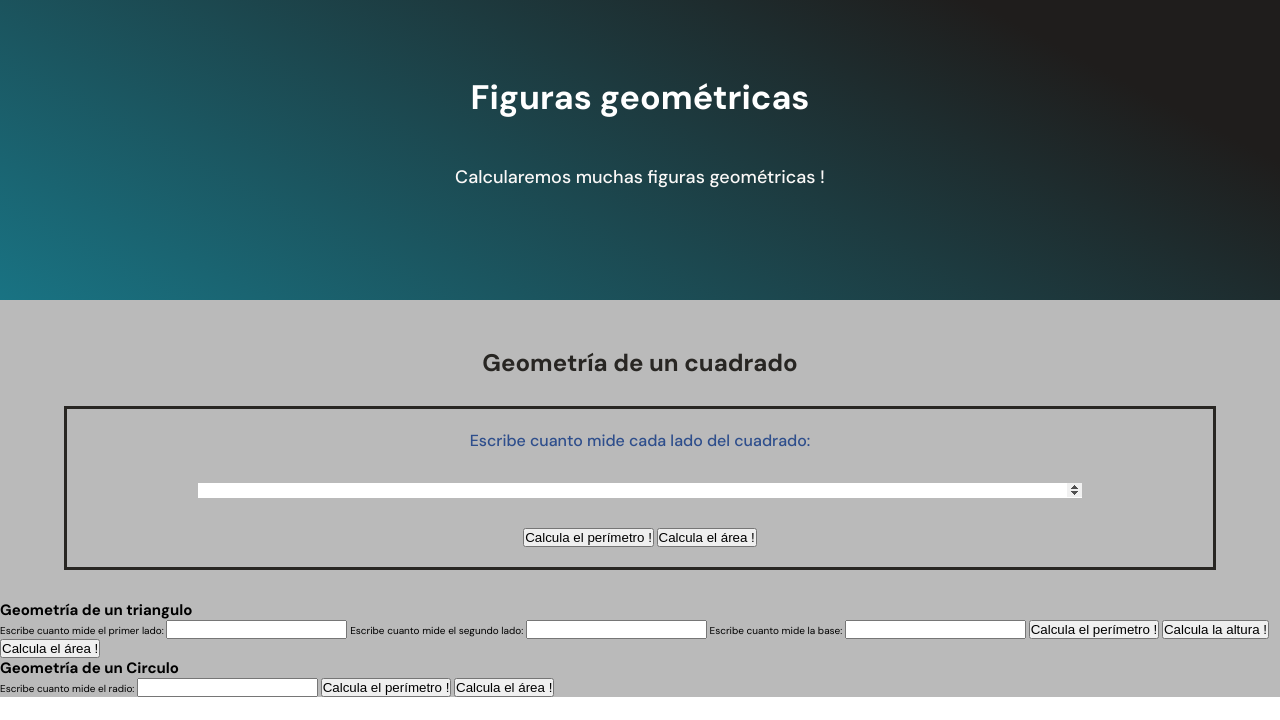
Repository: ChristianGecchelin/javascript-project
Page: javascript-project/figuras-geometricas/figuras.html
An editor plug-in stored every save of this project. The page is shown before and after a run of saves, followed by the edit.
The browser window is 1280 px wide. The pictures show the whole page.
The pointer rests on the first visible `.main-calculadora-form-contenedor .form--input`.

Above is the page before, as saved 2021-12-01 23:34:07.

### javascript-project/figuras-geometricas/figuras.html
<!DOCTYPE html>
<html lang="en">
  <head>
    <meta charset="UTF-8" />
    <meta http-equiv="X-UA-Compatible" content="IE=edge" />
    <meta name="viewport" content="width=device-width, initial-scale=1.0" />
    <title>Figuras geométricas | Proyecto 1</title>
    <link rel="preconnect" href="https://fonts.googleapis.com" />
    <link rel="preconnect" href="https://fonts.gstatic.com" crossorigin />
    <link
      href="https://fonts.googleapis.com/css2?family=DM+Sans:wght@400;500;700&family=Inter:wght@300;500&display=swap"
      rel="stylesheet"
    />
    <link rel="stylesheet" href="./style.css" />
  </head>
  <body>
    <header>
      <div class="header--title-container">
        <h1>Figuras geométricas</h1>
        <p>Calcularemos muchas figuras geométricas !</p>
      </div>
    </header>
    <main>
      <section class="main-calculadora-contenedor">
        <h2 class="main-calculadora-contenedor--title">
          Geometría de un cuadrado
        </h2>
        <div class="main-calculadora-form-contenedor">
          <form action="">
            <label class="form--label-input" for=""
              >Escribe cuanto mide cada lado del cuadrado:</label
            >
            <input class="form--input" type="number" id="inputCuadrado" />
            <button type="button" onclick="calcularPerimetroCuadrado()">
              Calcula el perímetro !
            </button>
            <button type="button" onclick="calcularAreaCuadrado()">
              Calcula el área !
            </button>
            <!-- type button, para quitarle el submit por defecto y que no me redireccione a ningun lado -->
          </form>
        </div>
      </section>
      <section>
        <h2>Geometría de un triangulo</h2>
        <form action="">
          <label for="">Escribe cuanto mide el primer lado:</label>
          <input type="number" id="inputLado1" />
          <label for="">Escribe cuanto mide el segundo lado:</label>
          <input type="number" id="inputLado2" />
          <label for="">Escribe cuanto mide la base:</label>
          <input type="number" id="inputBase" />
          <button type="button" onclick="calcularPerimetroTriangulo()">
            Calcula el perímetro !
          </button>
          <button type="button" onclick="calcularAlturaTriangulo()">
            Calcula la altura !
          </button>
          <button type="button" onclick="calcularAreaTriangulo()">
            Calcula el área !
          </button>
          <!-- type button, para quitarle el submit por defecto y que no me redireccione a ningun lado -->
        </form>
      </section>
      <section>
        <h2>Geometría de un Circulo</h2>
        <form action="">
          <label for="">Escribe cuanto mide el radio:</label>
          <input type="number" id="inputRadio" />
          <button type="button" onclick="calcularPerimetroCirculo()">
            Calcula el perímetro !
          </button>
          <button type="button" onclick="calcularAreaCirculo()">
            Calcula el área !
          </button>
          <!-- type button, para quitarle el submit por defecto y que no me redireccione a ningun lado -->
        </form>
      </section>
    </main>
    <script src="./figurasConFunciones.js"></script>
  </body>
</html>

### javascript-project/figuras-geometricas/style.css
:root {
  --Dark-lightblue: #197383;
  --soft-orange: #ffe9d5;
  --secondary-blue: #1a9af7;
  --soft-blue: #e7f5ff;
  --warm-black: #201e1c;
  --black: #282623;
  --grey: #bababa;
  --off-white: #faf8f7;
  --just-white: #fff;
}
* {
  box-sizing: border-box;
  margin: 0;
  padding: 0;
}
html {
  font-size: 62.5%;
  font-family: "DM Sans", sans-serif;
}
header {
  position: relative;
  display: flex;
  flex-direction: column;
  justify-content: center;
  width: 100%;
  min-width: 320px;
  height: 300px;
  text-align: center;
  background: linear-gradient(207.8deg, #1f1d1c 16.69%, #197383 100%);
}
header .header--title-container {
  width: 90%;
  min-width: 288px;
  max-width: 900px;
  height: 200px;
  text-align: center;
  align-self: center;
}
header .header--title-container h1 {
  margin-top: 30px;
  margin-bottom: 50px;
  font-size: 3.4rem;
  font-weight: 700;
  line-height: 3.6rem;
  color: var(--just-white);
}
header .header--title-container p {
  font-size: 1.8rem;
  font-weight: 500;
  line-height: 2.2rem;
  color: var(--off-white);
}
main {
  width: 100%;
  height: auto;
  background-color: var(--grey);
  min-width: 320px;
}
.main-calculadora-contenedor {
  width: 90%;
  min-width: 280px;
  height: auto;
  margin: 0 auto;
  padding-top: 50px;
  padding-bottom: 30px;
  text-align: center;
}
.main-calculadora-contenedor--title {
  margin-bottom: 30px;
  font-size: 2.4rem;
  font-weight: 700;
  line-height: 2.6rem;
  color: var(--black);
}
.main-calculadora-form-contenedor {
  display: flex;
  flex-direction: column;
  justify-content: center;
  height: auto;
  border: 3px solid var(--black);
  padding: 20px 20px;
}
.main-calculadora-form-contenedor .form--label-input {
  display: block;
  font-size: 1.6rem;
  font-weight: 500;
  line-height: 2.4rem;
  color: rgba(34, 68, 136, 0.92);
}
.main-calculadora-form-contenedor .form--input {
  display: block;
  width: 80%;
  margin: 30px auto;
  border: none;
}

### javascript-project/figuras-geometricas/figurasConFunciones.js
/* Codigo del cuadrado */
console.group("Cuadrado");
function perimetroCuadrado(lado) {
  return lado * 4;
}
/* console.log(`Perimetro del cuadrado es: ${perimetroCuadrado} cm.`); */
function areaCuadrado(lado) {
  return (
    lado ** 2
  ); /* debe estar escrito de igual manera el parametro que el return */
}

/* console.log(`El area del cuadrado es: ${areaCuadrado} cm^2.`); */
console.groupEnd();

/* Codigo del triangulo */
console.group("Triangulo");

function perimetroTriangulo(lado1, lado2, base) {
  return lado1 + lado2 + base;
}
function calcularAltura(lado1, lado2, lado3) {
  let ladosIguales;
  let ladoBase;
  let altura;

  if (
    lado1 + lado2 <= lado3 ||
    lado1 + lado3 <= lado2 ||
    lado2 + lado3 <= lado1
  ) {
    alert(
      "En un triangulo la base no puede ser mayor a la suma de sus catetos"
    );
  } else {
    switch (true) {
      case lado1 === lado2:
        ladosIguales = lado1;
        ladoBase = lado3;
        break;
      case lado1 === lado3:
        ladosIguales = lado1;
        ladoBase = lado2;
        break;
      case lado3 === lado2:
        ladosIguales = lado2;
        ladoBase = lado1;
        break;
    }
    if (!ladosIguales) {
      alert("Tu triangulo no es isosceles, ingresa la altura");
    } else {
      altura = Math.sqrt(ladosIguales ** 2 - ladoBase ** 2 / 4);
    }
  }
  return ladosIguales, ladoBase, altura;
}
function areaTriangulo(ladoBase, altura) {
  return (
    (ladoBase * altura) / 2
  ); /* tengo que llamar a la funcion altura para pasarle el dato */
}
console.groupEnd();

//Codigo Circulo
console.group("Circulo");
function diametroCirculo(radio) {
  return radio * 2;
}
const pi = Math.PI;
function circunferencia(radio) {
  const diametro = diametroCirculo(radio);
  /* llamo a una funcion dentro de otra y creo una variable que tiene alcance local */
  return diametro * pi;
}
function superficieCirculo(radio) {
  return pi * radio ** 2;
}

console.groupEnd();
/* Creo una funcion, que a traves del id obtengo lo que el usuario ingreso en el input. y con eso le saco el value que le paso
a la funcion que cree antes y es la encargada de hacer el calculo para luego mostrarse en un aler */
function calcularPerimetroCuadrado() {
  const input = document.getElementById("inputCuadrado");
  const value = input.value;
  const perimetro = perimetroCuadrado(value);
  alert(perimetro);
}
function calcularAreaCuadrado() {
  const input = document.getElementById("inputCuadrado");
  const value = input.value;
  const area = areaCuadrado(value);
  alert(area);
}

function calcularPerimetroTriangulo() {
  const inputLado1 = document.getElementById("inputLado1");
  const valueLado1 = Number(inputLado1.value);
  const inputLado2 = document.getElementById("inputLado2");
  const valueLado2 = Number(inputLado2.value);
  const inputBase = document.getElementById("inputBase");
  const valueBase = Number(inputBase.value);
  /* Es importante ponerle number porque por mas que el input tenga type number, este lo transforma como un string */
  const perimetro = perimetroTriangulo(valueLado1, valueLado2, valueBase);
  alert(perimetro);
}

function calcularAlturaTriangulo() {
  const inputLado1 = document.getElementById("inputLado1");
  const valueLado1 = Number(inputLado1.value);
  const inputLado2 = document.getElementById("inputLado2");
  const valueLado2 = Number(inputLado2.value);
  const inputBase = document.getElementById("inputBase");
  const valueBase = Number(inputBase.value);
  const alturaTriangulo = calcularAltura(valueLado1, valueLado2, valueBase);
  alert(alturaTriangulo);
}

function calcularAreaTriangulo() {
  /* const inputAltura = document.getElementById("inputAltura");
  const valueAltura = Number(inputAltura.value);
  const inputBase = document.getElementById("inputBase");
  const valueBase = inputBase.value;
  const area = areaTriangulo(valueAltura, valueBase);
  alert(area); */
  const inputLado1 = document.getElementById("inputLado1");
  const valueLado1 = Number(inputLado1.value);
  const inputLado2 = document.getElementById("inputLado2");
  const valueLado2 = Number(inputLado2.value);
  const inputBase = document.getElementById("inputBase");
  const valueBase = Number(inputBase.value);
  const altura = calcularAltura(valueLado1, valueLado2, valueBase);
  const area = areaTriangulo(valueBase, altura);
  alert(area);
}

function calcularPerimetroCirculo() {
  const inputRadio = document.getElementById("inputRadio");
  const valueRadio = inputRadio.value;
  const perimetro = circunferencia(valueRadio);
  alert(perimetro);
}
function calcularAreaCirculo() {
  const inputRadio = document.getElementById("inputRadio");
  const valueRadio = inputRadio.value;
  const superficie = superficieCirculo(valueRadio);
  alert(superficie);
}

After the next 2 saves:
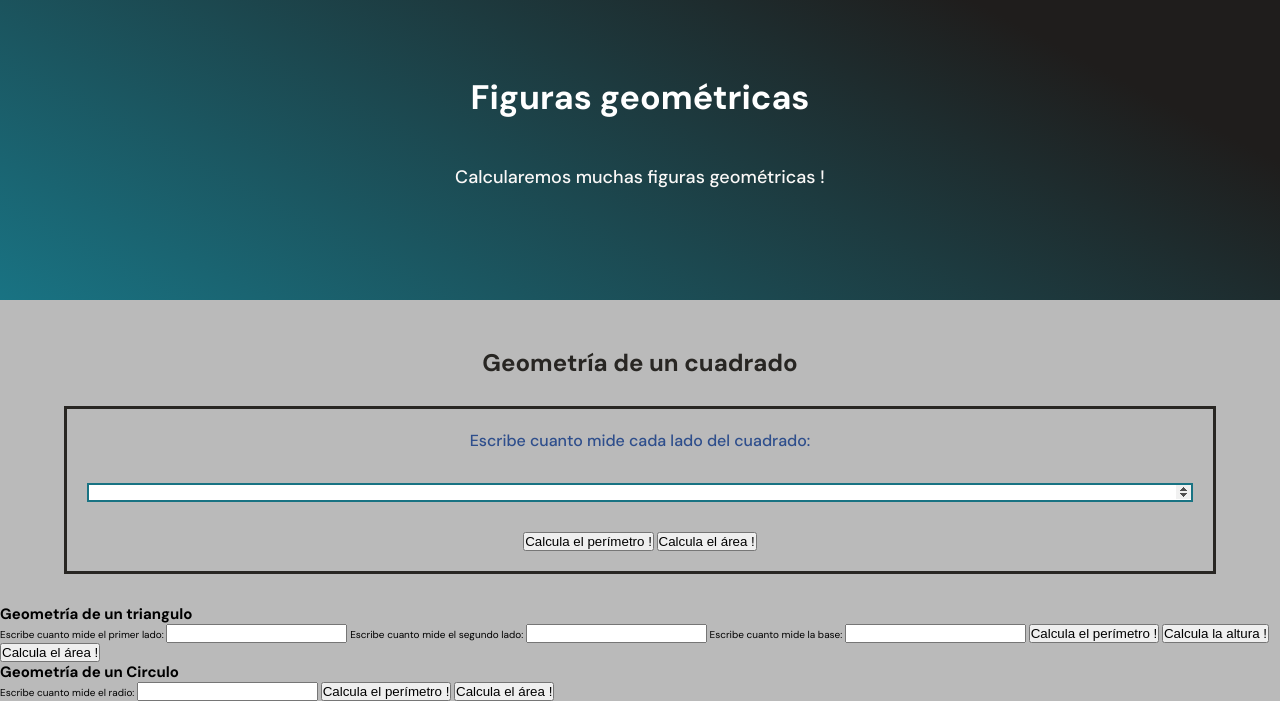
The 2 saves are shown as one change because they came seconds apart.
The last was saved 105 s later.
--- a/javascript-project/figuras-geometricas/style.css
+++ b/javascript-project/figuras-geometricas/style.css
@@ -94,3 +94,7 @@ main {
   margin: 30px auto;
   border: none;
 }
+.main-calculadora-form-contenedor .form--input:hover {
+  border: 2px solid var(--Dark-lightblue);
+  width: 100%;
+}
